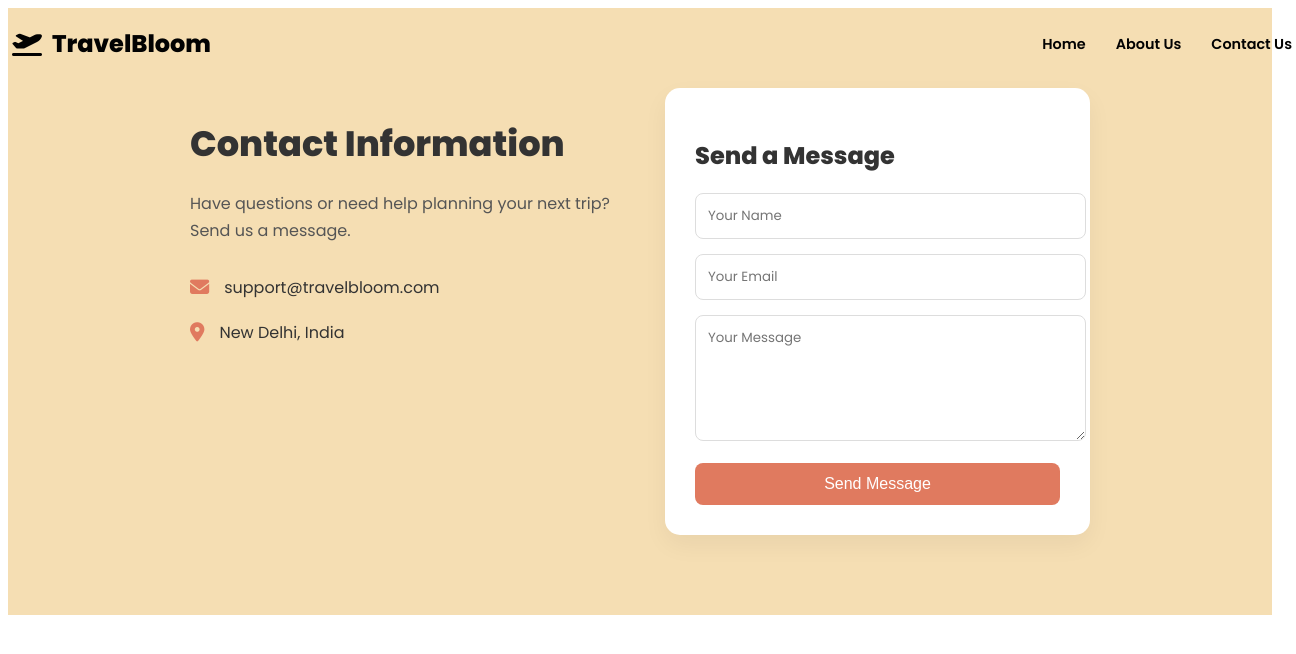
Repository: LatikaAdhikari064/TravelBloom_Project
Page: contact.html
The author's editor kept a copy of each file at every save. The page is drawn from the files as they stood at one save, then again after the next save.
The browser window is 1280 px wide. The page is 1296 px wide, so the pictures cover 1296 px, including what lies to the right of the window. The pictures show the whole page.

Above is the page before, as saved 2026-01-08 20:50:43.

After the next save:
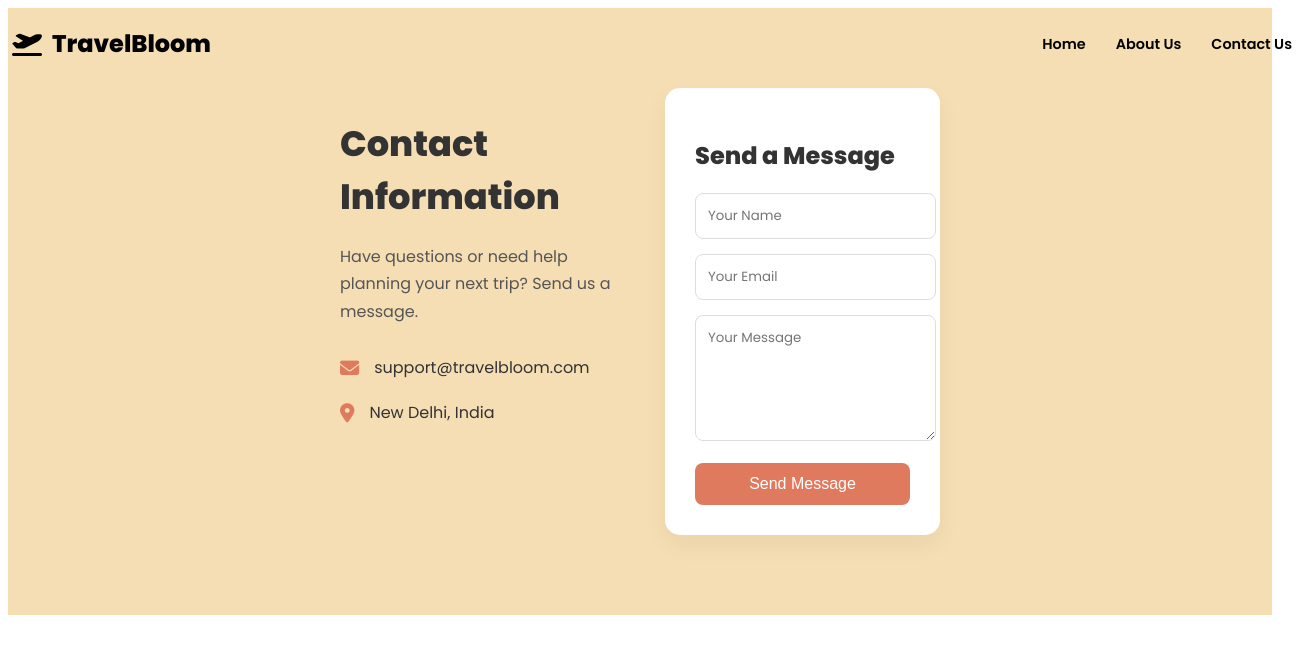
Saved 4 min 0 s later.
--- a/contact.css
+++ b/contact.css
@@ -59,7 +59,7 @@ body {
 }
 
 .contact-container {
-    max-width: 900px;
+    max-width: 600px;
     margin: auto;
     display: grid;
     grid-template-columns: 1fr 1fr;
